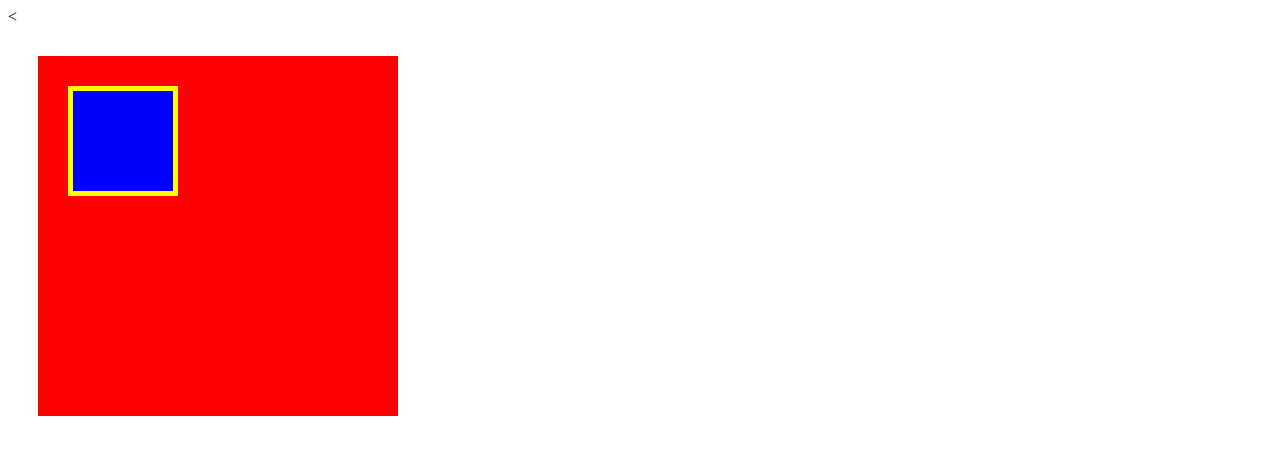
Repository: tkikokiko/webcamp-practice
Page: box/box.html
The author's editor kept a record of every edit. The page is drawn from the files as they stood at one moment, then again after the next edit.
The browser window is 1280 px wide. The pictures show the whole page.

Above is the page before.

After the next edit:
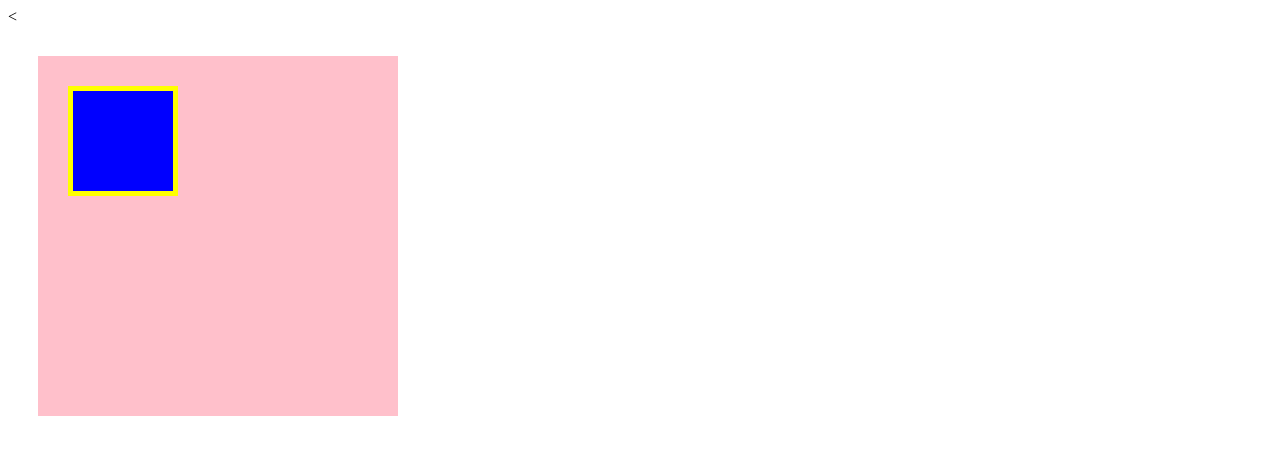
The edit:
--- a/box/box.css
+++ b/box/box.css
@@ -1,7 +1,7 @@
 .box1 {
   width: 300px;
   height: 300px;
-  background-color: red;
+  background-color: pink;
   margin: 30px;
   padding: 30px;
 }
